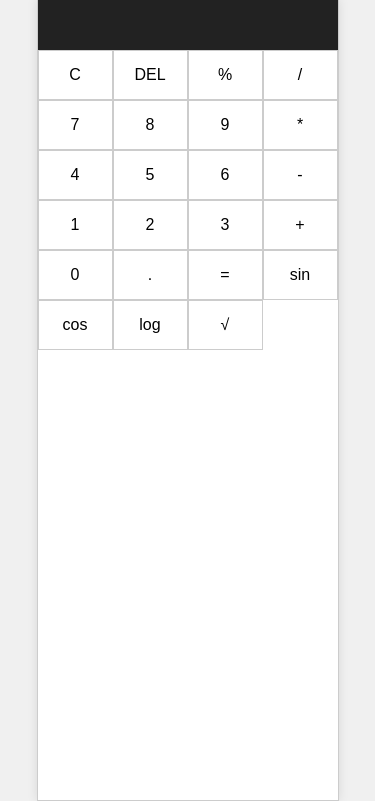
Repository: JuliusMonday/myCalculator
Page: index.html
These files come from the project's save history. The page is drawn as it stood at one moment and after a run of saves; the edit follows.
The browser window is 375 px wide. The pictures show the whole page.

Above is the page before, as saved 2024-05-31 08:13:55.

After the next 2 saves:
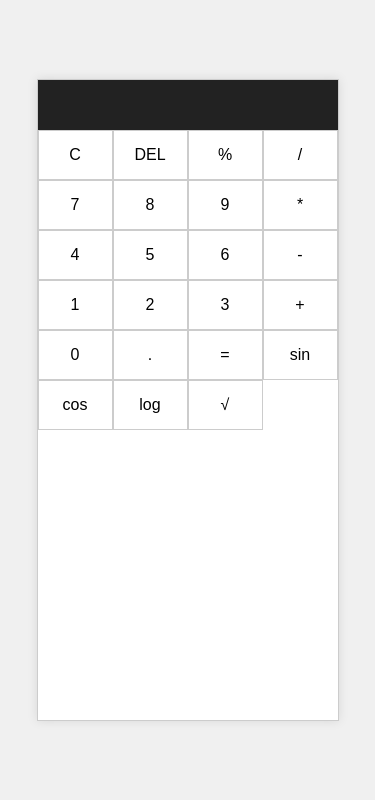
The 2 saves are shown as one change because they came seconds apart.
The last was saved 25 s later.
--- a/styles.css
+++ b/styles.css
@@ -62,7 +62,7 @@ button:active {
 @media (max-width: 600px) {
     .calculator {
         width: 80%;
-        height: 100%;
+        height: 80%;
         border-radius: 0;
     }
     .display {
